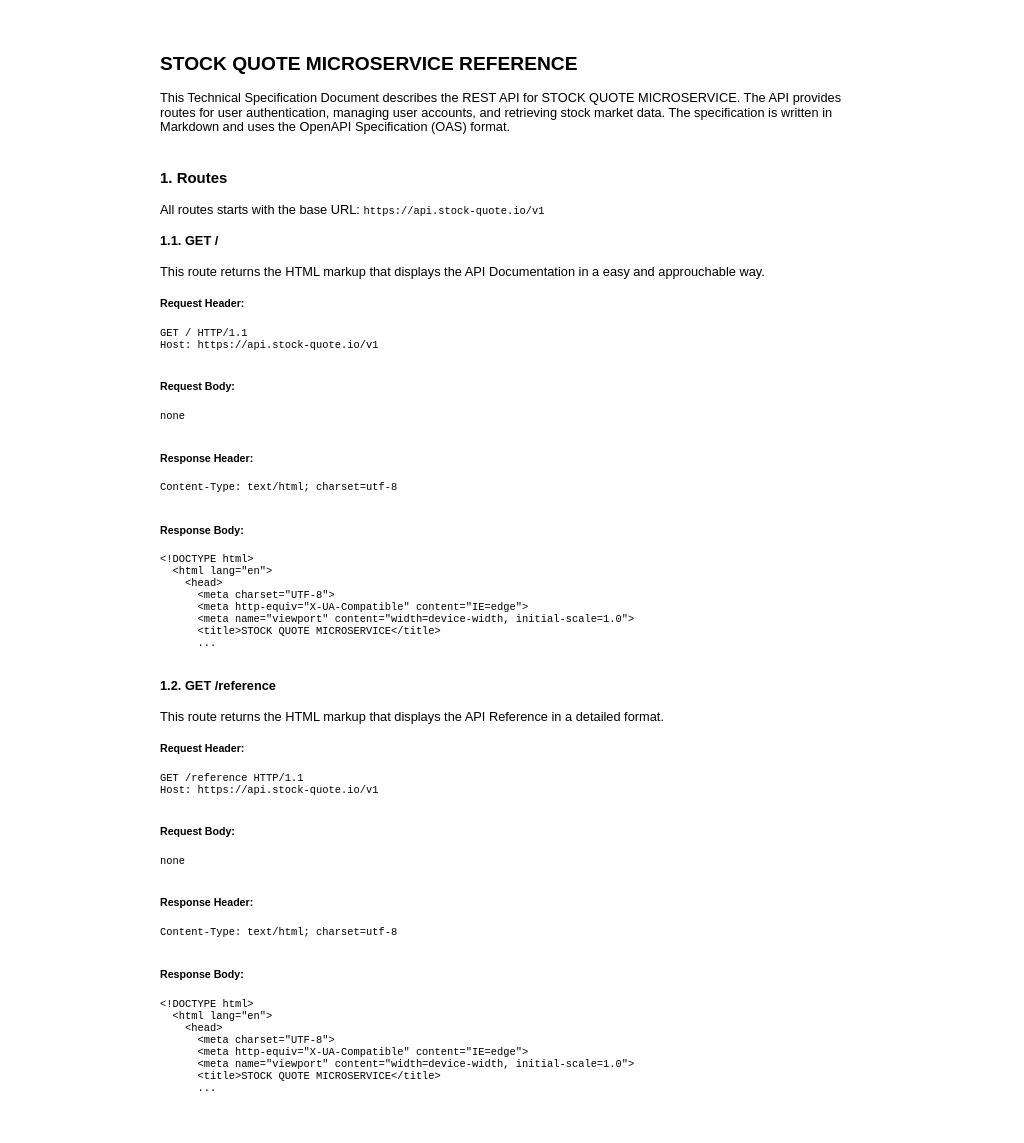
Repository: miguelamello/nest-js
Page: stock-service/reference.html
These files come from the project's save history. The page is drawn as it stood at one moment and after the next save; the edit follows.
The browser window is 1280 px wide. The pictures show the whole page, at 80% of full size.

Above is the page before, as saved 2023-04-03 13:53:00.

After the next save:
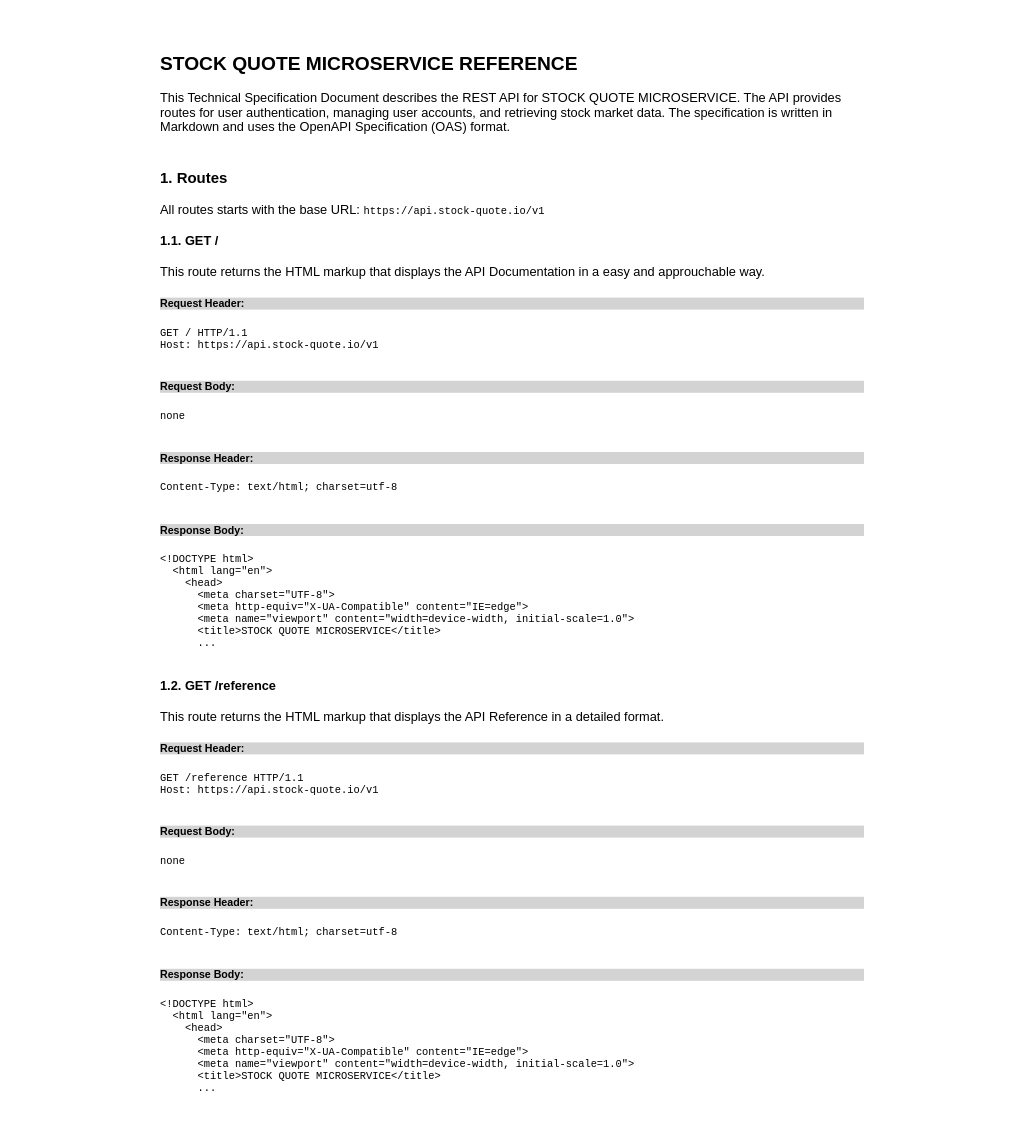
Saved 4 s later.
--- a/stock-service/reference.html
+++ b/stock-service/reference.html
@@ -14,7 +14,7 @@
       margin-top: 5%;
     }
     H5 {
-      background-color: LI;
+      background-color: lightgrey;
     }
     pre {
       margin: 0;
